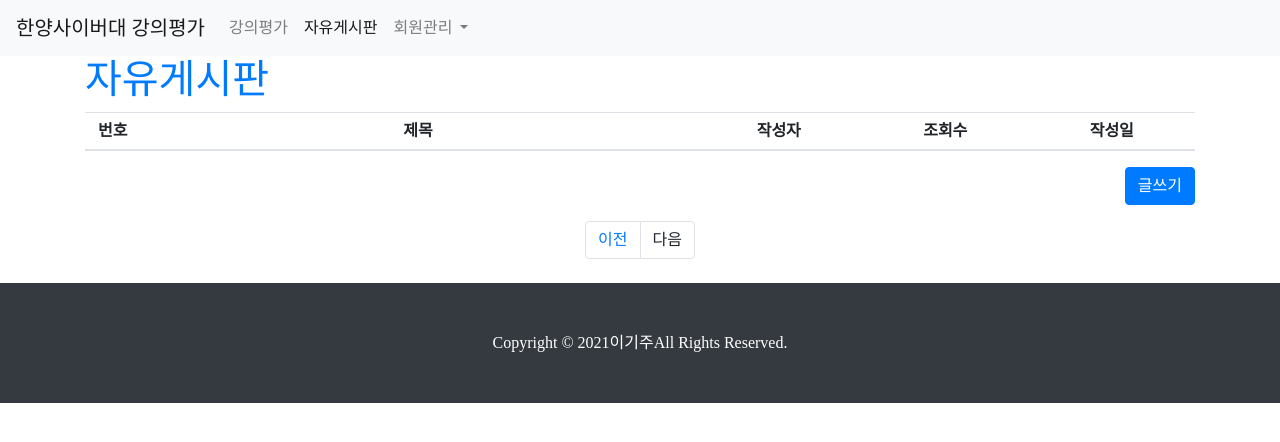
Repository: lkjjjang/hycu
Page: http://localhost/hycujjang/freeBoard.jsp
The author's editor kept a copy of each file at every save. The page is drawn from the files as they stood at one save, then again after the next save.
The browser window is 1280 px wide. The pictures show the whole page.
Some web fonts or font styles are not loaded; a fallback is used. The page is served by Tomcat 9. Nobody is signed in. The application's start-up code is not run. The template is opened directly, without the code that normally fills it, so the values that code supplies are empty.

Above is the page before, as saved 2022-01-02 07:16:28.

After the next save:
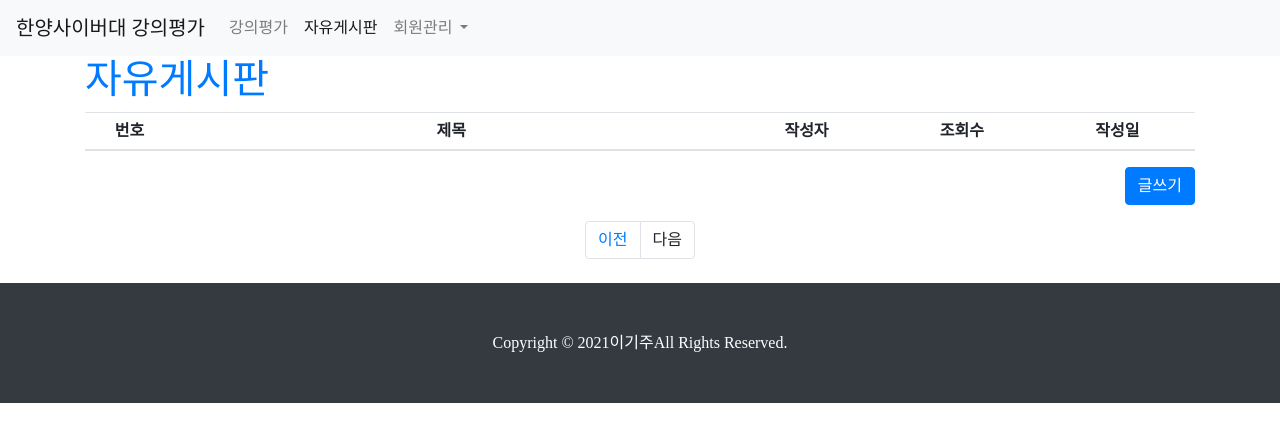
Saved 17 s later.
--- a/hycujjang/WebContent/freeBoard.jsp
+++ b/hycujjang/WebContent/freeBoard.jsp
@@ -53,11 +53,11 @@
   		</h1>
 			<table class="table table-hover">
 				<colgroup>
-					<col width="5%"/>
+					<col width="8%"/>
 					<col width="50%"/>
-					<col width="15%"/>
-					<col width="15%"/>
-					<col width="15%"/>
+					<col width="14%"/>
+					<col width="14%"/>
+					<col width="14%"/>
 				</colgroup>
 				<thead style="text-align: center;">
 					<tr>
